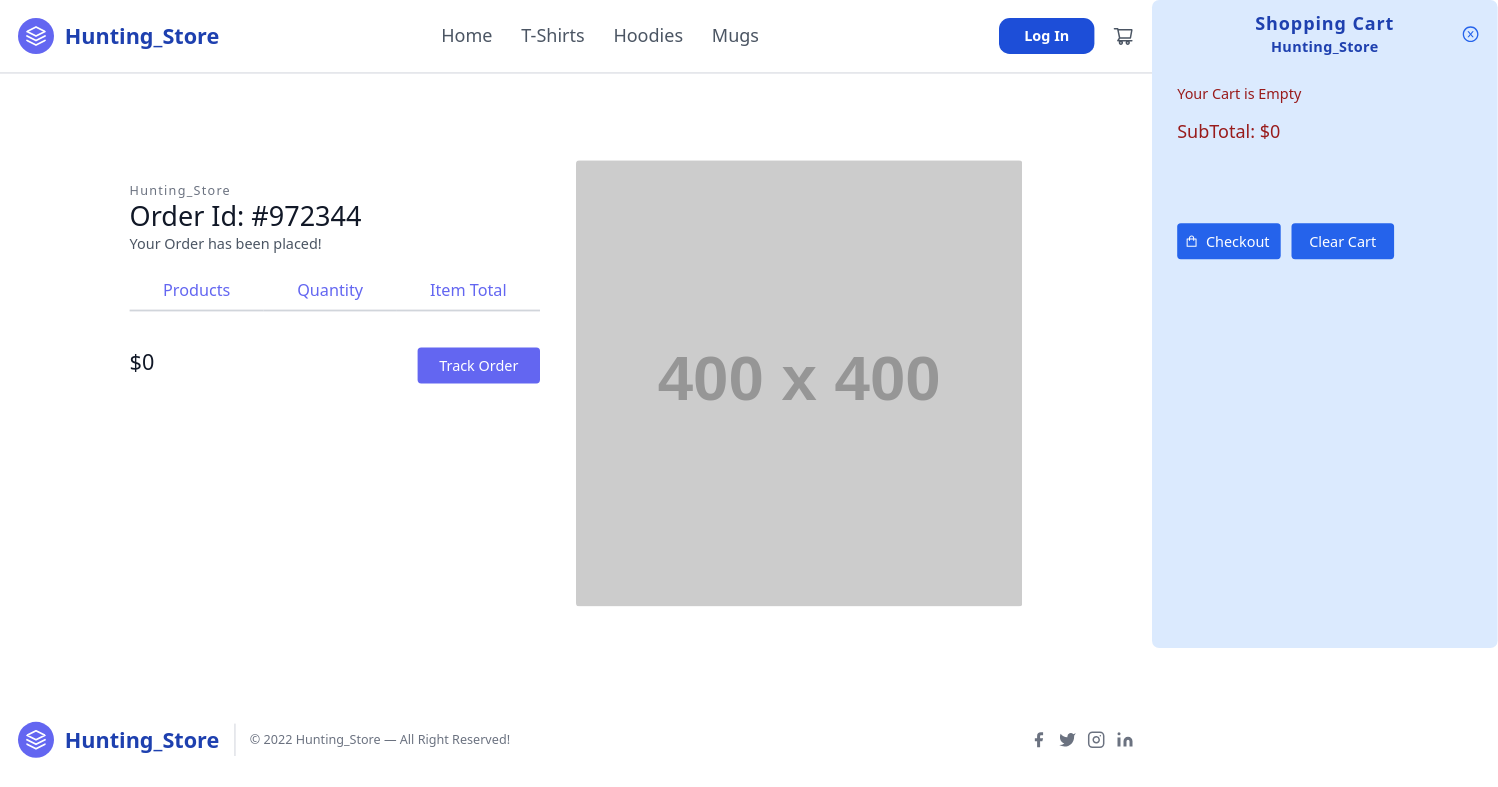
Repository: faixanmalik/ecom-store
Page: /order
An editor plug-in stored every save of this project. The page is shown before and after a run of saves, followed by the edit.
The browser window is 1280 px wide. The page is 1664 px wide, so the pictures cover 1664 px, including what lies to the right of the window. The pictures show the whole page, at 90% of full size.
The project was rebuilt for these pictures with package versions that can differ from the ones it lists, and the page was loaded fresh each time. The framework's server and built-in components were replaced by stand-ins that run in the browser. Also part of the build but not shown: next.config.js.

Above is the page before, as saved 2022-12-26 17:44:13.

After the next 4 saves:
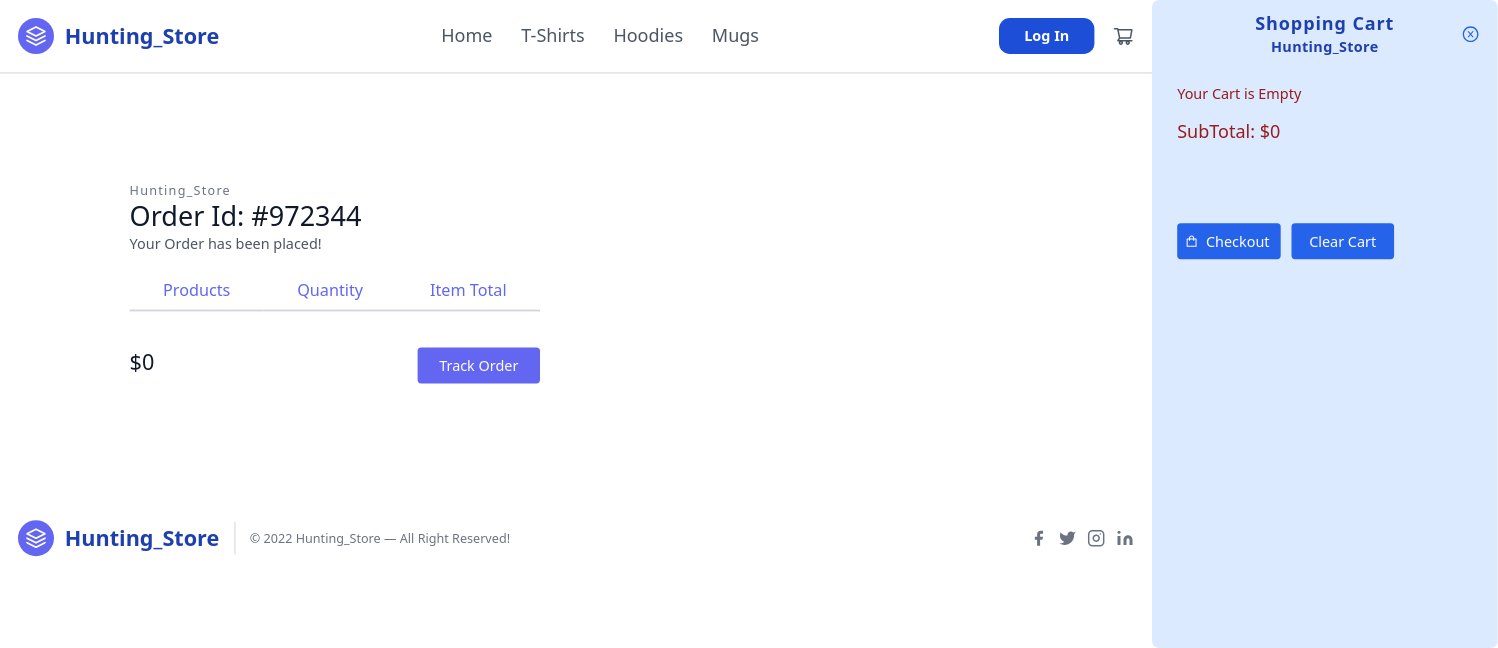
The 4 saves are shown as one change because 2 did not build or start and some came seconds apart.
The last was saved 3 min 18 s later.
--- a/pages/order.js
+++ b/pages/order.js
@@ -34,7 +34,9 @@ function Order({subTotal, cart }) {
           <button className="flex ml-auto text-white bg-indigo-500 border-0 py-2 px-6 focus:outline-none hover:bg-indigo-600 rounded">Track Order</button>
         </div>
       </div>
-      <img alt="ecommerce" className="lg:w-1/2 w-full lg:h-auto h-64 object-cover object-center rounded" src="https://dummyimage.com/400x400"/>
+      {Object.keys(cart).map((item)=>{
+        return <img alt="ecommerce" className="lg:w-1/2 w-full lg:h-auto h-64 object-cover object-center rounded" src={cart[item].img}/>
+      })}
     </div>
   </div>
 </section>
